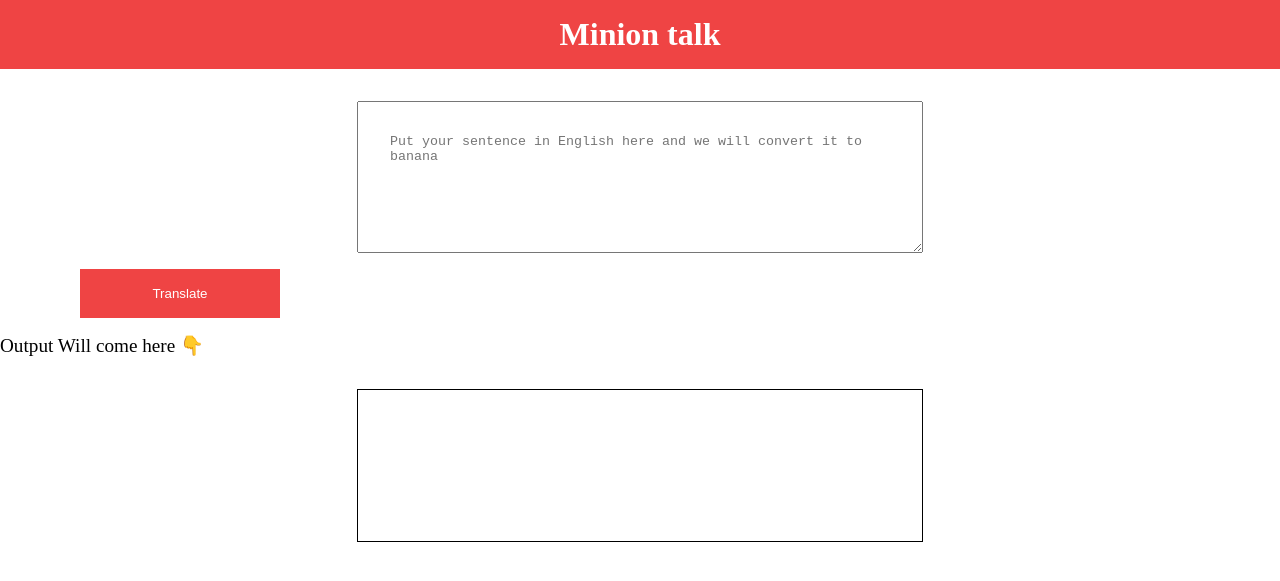
Repository: sohan2503001/Avator-speak
Page: index.html
These files come from the project's save history. The page is drawn as it stood at one moment and after a run of saves; the edit follows.
The browser window is 1280 px wide. The pictures show the whole page.

Above is the page before, as saved 2021-04-21 03:46:01.

### index.html
<!DOCTYPE html>
<html lang="en">

<head>
    <meta charset="UTF-8">
    <meta http-equiv="X-UA-Compatible" content="IE=edge">
    <meta name="viewport" content="width=device-width, initial-scale=1.0">
    <title>Minion Speak</title>
    <link rel="stylesheet" href="style.css">
</head>

<body>
    <h1>Minion talk</h1>
    <textarea id="txt-input" placeholder="Put your sentence in English here and we will convert it to banana"></textarea>
    <button id="btn-translate" >Translate</button>

    <div style="font-size: larger;">Output Will come here 👇</div>
    <div id="output"></div>

    <script src="app.js" type="text/javascript"></script>
</body>

</html>

### style.css
:root{
    --primary-color:#EF4444;
}

body{
    margin: 0;

}

/**header**/
h1{
    background-color: var(--primary-color);
    margin: auto;
    padding: 1rem;
    text-align: center;
    color: white;
}

/**Center**/
textarea{
    width: 80%;
    max-width: 500px;
    height: 12vh;
    display: block;
    margin: auto;
    margin-top: 2rem;
    padding: 2rem;
}

#btn-translate{
    padding: 1rem;
    width: 200px;
    margin: 1rem 5rem;
    position: relative;
    background-color: var(--primary-color);
    border: 1px solid var(--primary-color);
    color: white;

}

#output{
    border: 1px solid black;
    height: 12vh;
    max-width: 500px;
    width: 80%;
    margin: auto;
    margin-top: 2rem;
    padding: 2rem;
}

### app.js
var btnTranslate = document.querySelector("#btn-translate");
var txtInput = document.querySelector("#txt-input");
var outputDiv = document.querySelector("#output");

var serverURL = "https://api.funtranslations.com/translate/minion.json"

function getTranslationURL(text) {
    return serverURL + "?" + "text=" + text
}

function clickHandler() {
    var inputText = txtInput.value;
    fetch(getTranslationURL(inputText))
        .then(response => response.json())
        .then(json => {
            var translatedText = json.contents.translated;
            outputDiv.innerHTML = translatedText;
        })
};

btnTranslate.addEventListener("click", clickHandler);

After the next 4 saves:
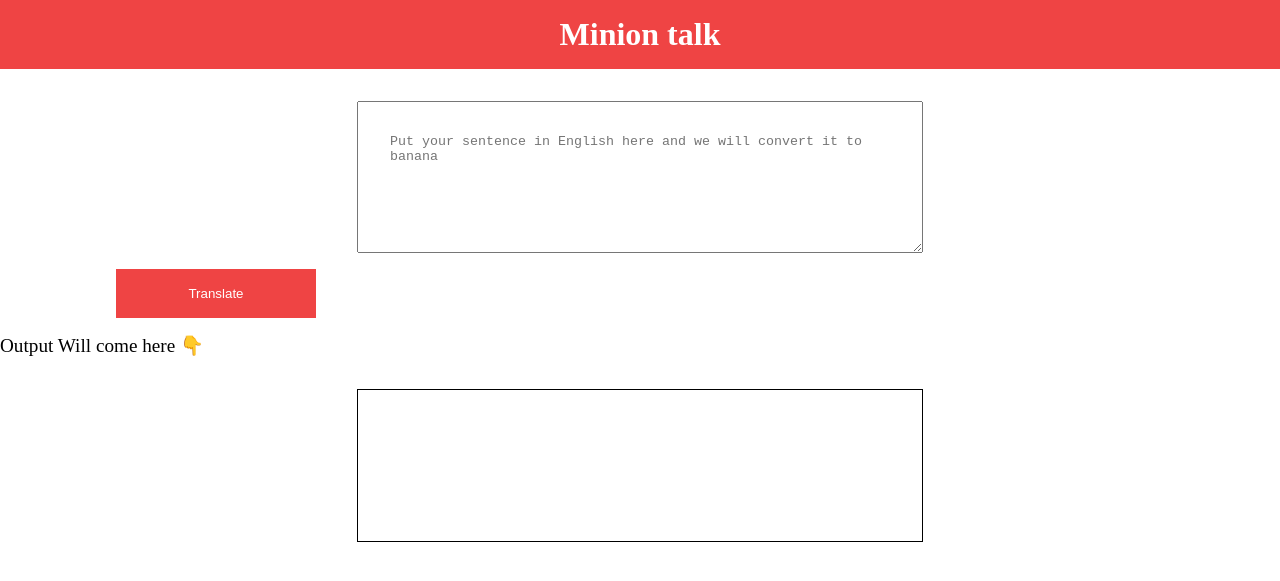
The 4 saves are shown as one change because they came seconds apart.
The last was saved 41 s later.
--- a/style.css
+++ b/style.css
@@ -30,7 +30,8 @@ textarea{
 #btn-translate{
     padding: 1rem;
     width: 200px;
-    margin: 1rem 5rem;
+    margin: 1rem;
+    left: 100px;
     position: relative;
     background-color: var(--primary-color);
     border: 1px solid var(--primary-color);
